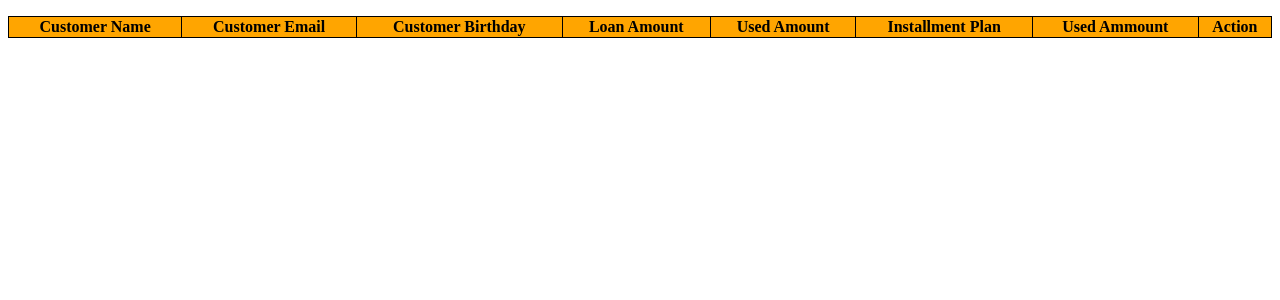
Repository: developerks611/Bumble-bee
Page: http://localhost/Bumble/all-loan.jsp
These files come from the project's save history. The page is drawn as it stood at one moment and after the next save; the edit follows.
The browser window is 1280 px wide. The pictures show the whole page.
The page is served by Tomcat 9. The template is opened directly, without the code that normally fills it, so the values that code supplies are empty.

Above is the page before, as saved 2023-03-05 06:34:21.

After the next save:
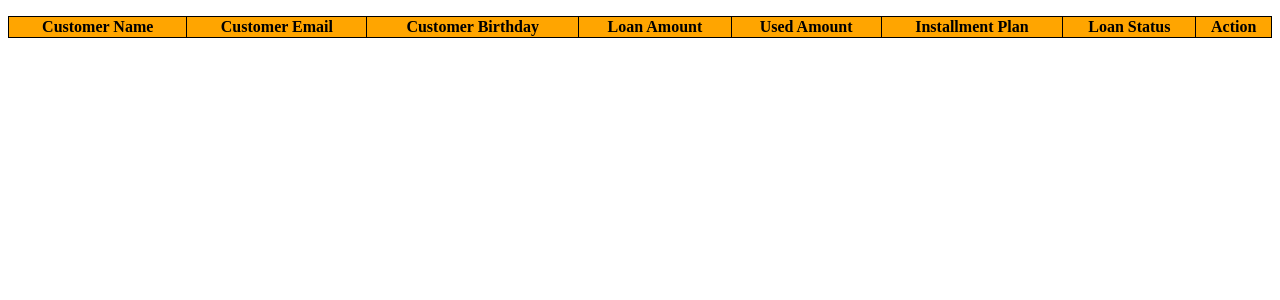
Saved 13 s later.
--- a/Bumble/src/main/webapp/all-loan.jsp
+++ b/Bumble/src/main/webapp/all-loan.jsp
@@ -44,7 +44,7 @@ background-color:orange;
     <th>Loan Amount</th>
     <th>Used Amount</th>
     <th>Installment Plan</th>
-    <th>Used Ammount</th>
+    <th>Loan Status</th>
     <th colspan="2">Action</th>
   </tr>
 
